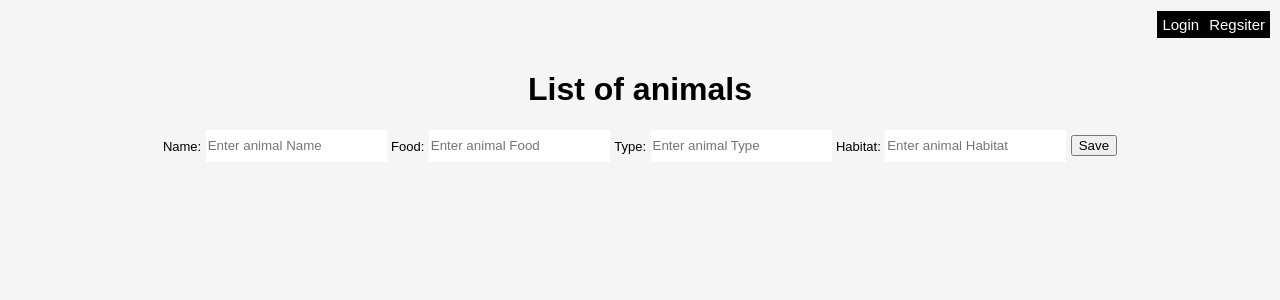
Repository: Dennis-star1001/PHP-CRUD
Page: http://localhost/
These files come from the project's save history. The page is drawn as it stood at one moment and after the next save; the edit follows.
The browser window is 1280 px wide. The pictures show the whole page.
The page is run by PHP 8.4 with error messages shown; the project is at /var/www/html/.

Above is the page before, as saved 2022-07-05 22:53:48.

After the next save:
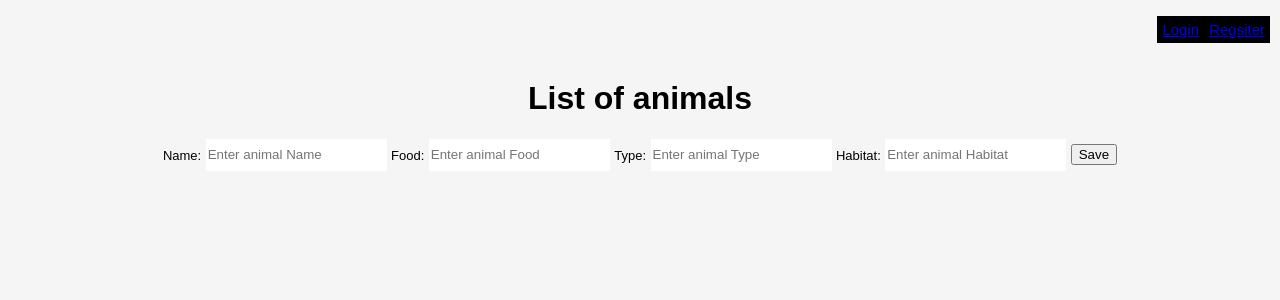
Saved 8 s later.
--- a/style.css
+++ b/style.css
@@ -82,7 +82,7 @@ p{
 
 }
 
-.nav-links li a{
+.nav-links li {
     padding: 5px;
     font-size: 15px;
     text-decoration: none;
